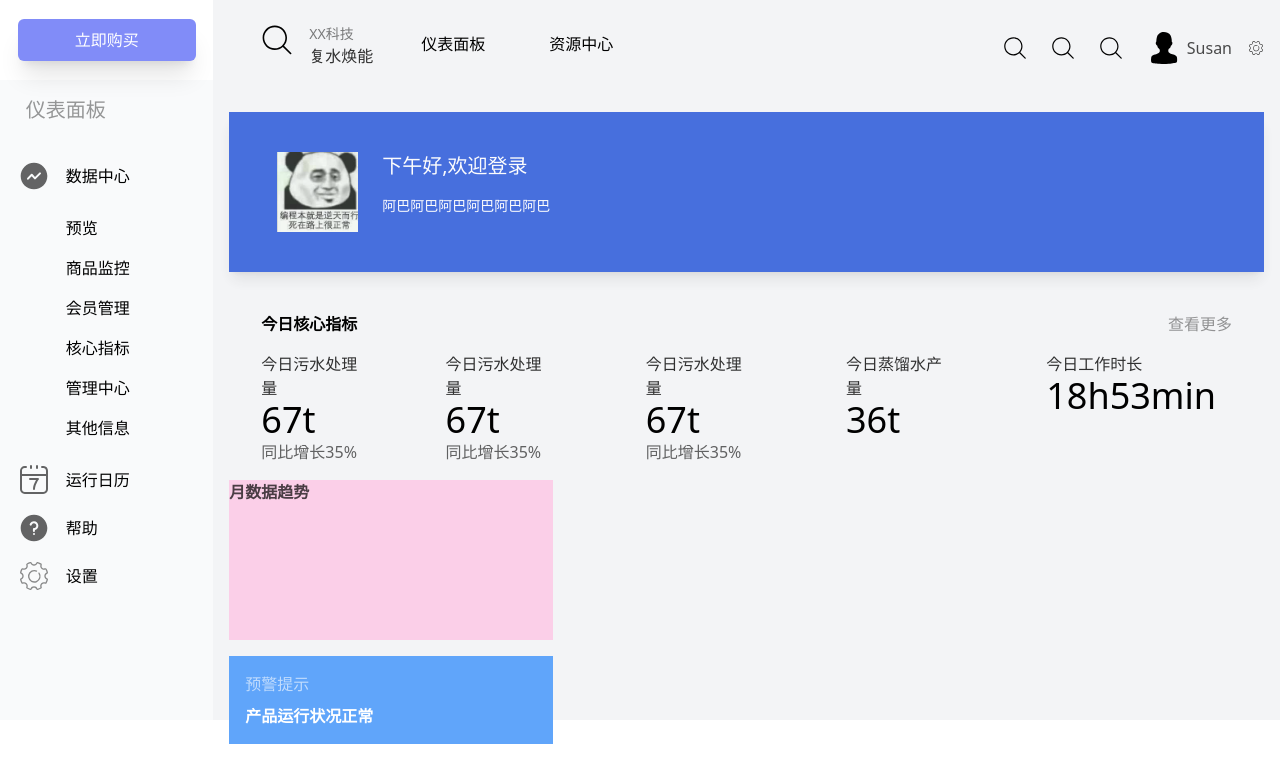
Repository: LiuRuohui/useWater
Page: /
The author's editor kept a copy of each file at every save. The page is drawn from the files as they stood at one save, then again after the next save.
The browser window is 1280 px wide. The pictures show the whole page.
The project was rebuilt for these pictures with package versions that can differ from the ones it lists, and the page was loaded fresh each time. Also part of the build but not shown: vite.config.js.

Above is the page before, as saved 2022-04-06 23:48:57.

### src/App.vue
<script setup>
import HelloWorld1 from './components/HelloWorld.vue';
</script>

<template>
  <HelloWorld1></HelloWorld1>
</template>

<style>
</style>

### src/index.css
@tailwind base;
@tailwind components;
.inputFrame {
    @apply appearance-none rounded-none relative block w-full px-3 py-2 border border-gray-300 placeholder-gray-500 text-gray-900
}

.inputFrame:focus {
    @apply outline-none border-indigo-500 z-10 inline-block px-5 py-3 rounded-lg shadow-lg
}

.btn {
    @apply relative flex w-full justify-center py-2 border border-transparent font-medium rounded-md text-white bg-indigo-400
}

.btn:hover {
    @apply bg-indigo-500
}

.btn:focus {
    @apply outline-none ring-2 ring-offset-2 ring-indigo-400
}

@tailwind utilities;

### src/components/HelloWorld.vue
<script setup>

</script>

<template>
<div class="w-full h-screen flex flex-row select-none">
  <div class="w-1/5 h-screen justify-center items-center flex flex-col">
    <div class="w-full h-20 justify-center items-center flex">
        <div class="w-5/6">
            <button class="btn text-white justify-center items-center shadow-xl">立即购买</button>
        </div>
    </div>
    <div class="w-full flex flex-grow bg-gray-50 justify-center">
        <div class="w-5/6 pt-4 flex flex-col">
            <div class="h-8 text-xl opacity-40 pl-2">仪表面板</div>
            <div class="mt-4 flex flex-grow flex-col">
                <div class="flex flex-col py-2 hover:cursor-pointer">
                    <div class="flex flex-row py-2 hover:bg-blue-200 hover:cursor-pointer">
                      <img src="../assets/数据.svg" alt="" class="h-8 opacity-60">
                      <div class="pl-4 pt-1">数据中心</div>
                    </div>
                    <div class="mt-2 flex flex-col hover:cursor-pointer">
                        <div class="py-2 pl-12 hover:bg-blue-200">预览</div>
                        <div class="py-2 pl-12 hover:bg-blue-200">商品监控</div>
                        <div class="py-2 pl-12 hover:bg-blue-200">会员管理</div>
                        <div class="py-2 pl-12 hover:bg-blue-200">核心指标</div>
                        <div class="py-2 pl-12 hover:bg-blue-200">管理中心</div>
                        <div class="py-2 pl-12 hover:bg-blue-200">其他信息</div>
                    </div>
                </div>
                <div class="flex flex-row py-2 hover:bg-blue-200 hover:cursor-pointer">
                  <img src="../assets/日历.svg" alt="" class="h-8 opacity-60">
                  <div class="pl-4 pt-1">运行日历</div>
                </div>
                <div class="flex flex-row py-2 hover:bg-blue-200 hover:cursor-pointer">
                  <img src="../assets/帮助.svg" alt="" class="h-8 opacity-60">
                  <div class="pl-4 pt-1">帮助</div>
                </div>
                <div class="flex flex-row py-2 hover:bg-blue-200 hover:cursor-pointer">
                  <img src="../assets/设置.svg" alt="" class="h-8 opacity-60">
                  <div class="pl-4 pt-1">设置</div>
                </div>
            </div>
        </div>
    </div>
  </div>
  <div class="w-full flex flex-grow flex-col bg-gray-100">
      <div class="flex flex-row h-24">
          <img src="../assets/搜索.svg" alt="" class="h-8 mt-6 pl-12 hover:cursor-pointer">
          <div class="flex flex-col pt-6 px-4 hover:cursor-pointer">
              <div class="text-sm opacity-50">XX科技</div>
              <div class="text-md opacity-80">复水焕能</div>
          </div>
          <div class="text-base px-8 pt-8 hover:cursor-pointer">仪表面板</div>
          <div class="text-base px-8 pt-8 hover:cursor-pointer">资源中心</div>
          <div class="flex flex-grow flex-row-reverse">
              <img src="../assets/设置.svg" alt="" class="h-4 mt-10 mr-4 hover:cursor-pointer hover:bg-blue-100">
              <span class="my-9 mr-4 text-black text-base opacity-70 hover:cursor-pointer hover:bg-blue-100">Susan</span>
              <img src="../assets/用户.svg" alt="" class="h-8 mt-8 mr-2 hover:cursor-pointer hover:bg-blue-100">
              <img src="../assets/搜索.svg" alt="" class="h-6 mt-9 mr-6 hover:cursor-pointer hover:bg-blue-100">
              <img src="../assets/搜索.svg" alt="" class="h-6 mt-9 mr-6 hover:cursor-pointer hover:bg-blue-100">
              <img src="../assets/搜索.svg" alt="" class="h-6 mt-9 mr-6 hover:cursor-pointer hover:bg-blue-100">
          </div>
      </div>
      <div class="m-4 bg-blue-700 h-40 opacity-80 shadow-lg">
          <div class="flex flex-row h-24 my-8">
              <img src="../assets/测试图片.jpg" alt="" class="h-20 my-auto pl-12">
              <div class="flex flex-col pl-6 pt-2">
                  <div class="text-xl text-white">下午好,欢迎登录</div>
                  <div class="text-sm text-white pt-4">阿巴阿巴阿巴阿巴阿巴阿巴</div>
              </div>
          </div>
      </div>
      <div class="h-40 my-2 mx-4">
          <div class="flex flex-col pt-4 pl-8">
              <div class="flex flex-row">
                  <div class="font-black text-black">今日核心指标</div>
                  <div class="flex flex-grow flex-row-reverse opacity-40 pr-8">查看更多</div>
              </div>
              <div class="flex flex-grow flex-row mt-4">
                  <div class="flex flex-col pr-8">
                      <div class="opacity-80">今日污水处理量</div>
                      <div class="text-4xl">67t</div>
                      <div class="opacity-60">同比增长35%</div>
                  </div>
                  <div class="flex flex-col px-12">
                      <div class="opacity-80">今日污水处理量</div>
                      <div class="text-4xl">67t</div>
                      <div class="opacity-60">同比增长35%</div>
                  </div>
                  <div class="flex flex-col px-12">
                      <div class="opacity-80">今日污水处理量</div>
                      <div class="text-4xl">67t</div>
                      <div class="opacity-60">同比增长35%</div>
                  </div>
                  <div class="flex flex-col px-12">
                      <div class="opacity-80">今日蒸馏水产量</div>
                      <div class="text-4xl">36t</div>
                  </div>
                  <div class="flex flex-col px-12">
                      <div class="opacity-80">今日工作时长</div>
                      <div class="text-4xl">18h53min</div>
                  </div>
              </div>
          </div>
      </div>
      <div class="flex flex-grow flex-row">
          <div class="w-1/3 flex flex-col">
              <div class="flex h-40 m-4 bg-pink-200">
                  <div class="font-bold opacity-70">月数据趋势</div>
              </div>
              <div class="flex flex-grow bg-blue-400 mx-4 mb-4">
                  <div class="w-full flex flex-col m-4">
                      <div class="w-full flex flex-row">
                          <div class="text-white mb-2 text-base opacity-60">预警提示</div>
                      </div>
                      <div class="text-white font-semibold">产品运行状况正常</div>
                  </div>
              </div>
          </div>
      </div>
  </div>
</div>
</template>

<style scoped>

</style>

### tailwind.config.js
module.exports = {
    content: [
        "./index.html",
        "./src/**/*.{vue,js,ts,jsx,tsx}",
    ],
    theme: {
        extend: {},
    },
    variants: {
        backgroundColor: ['responsive', 'hover', 'focus', 'active']
    },
    plugins: [],
}

Loaded but not shown: index.html (common file); src/main.js (common file)

After the next save:
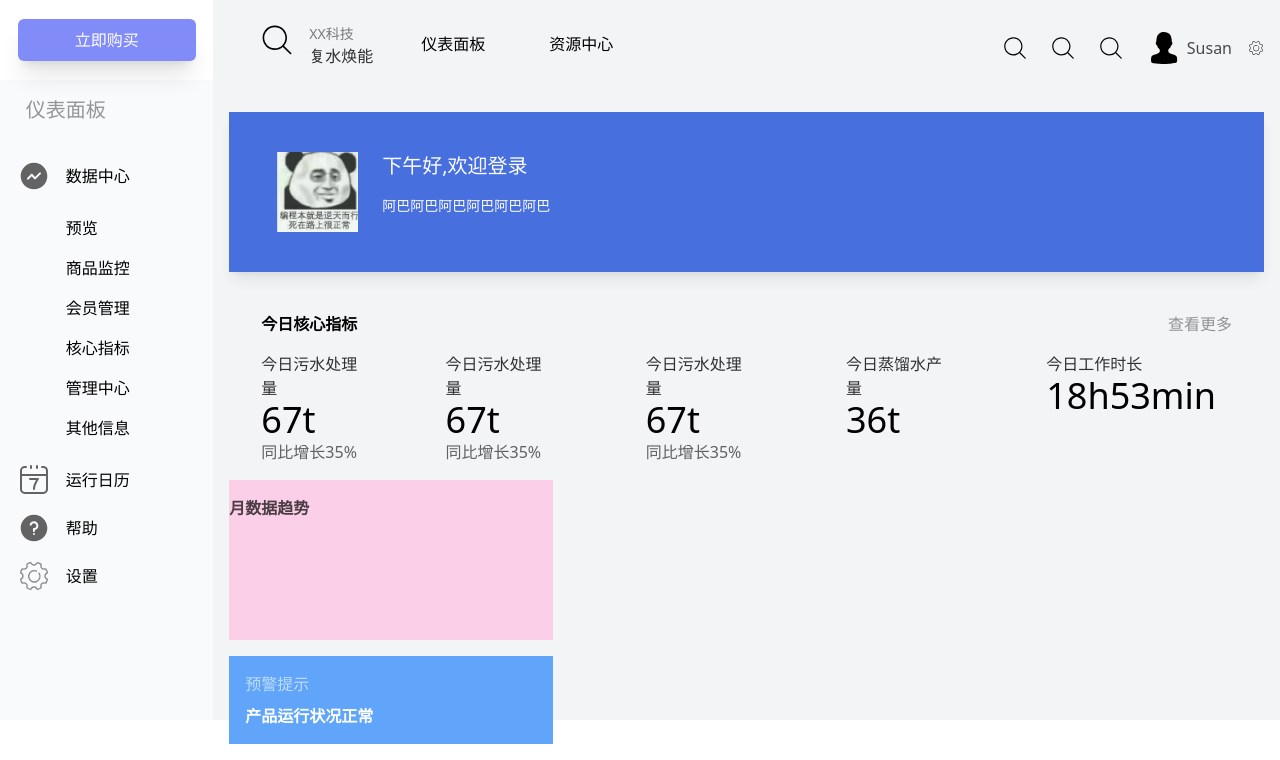
Saved 4 s later.
--- a/src/components/HelloWorld.vue
+++ b/src/components/HelloWorld.vue
@@ -107,7 +107,7 @@
       <div class="flex flex-grow flex-row">
           <div class="w-1/3 flex flex-col">
               <div class="flex h-40 m-4 bg-pink-200">
-                  <div class="font-bold opacity-70">月数据趋势</div>
+                  <div class="font-bold opacity-70 mt-4">月数据趋势</div>
               </div>
               <div class="flex flex-grow bg-blue-400 mx-4 mb-4">
                   <div class="w-full flex flex-col m-4">
